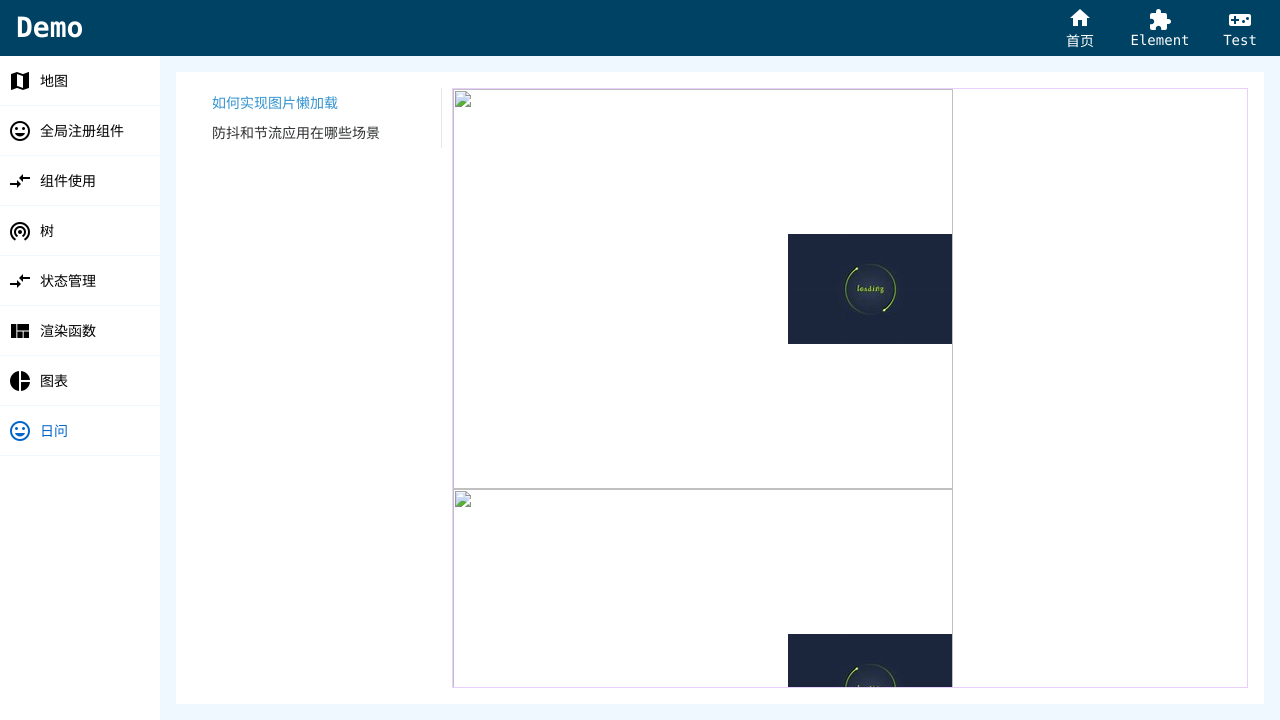
Repository: zh-webliker/element-vue
Page: /lazyLoadingInmg
An editor plug-in stored every save of this project. The page is shown before and after the next save, followed by the edit.
The browser window is 1280 px wide. The pictures show the whole page.
An inner scrolling area shows only its first screen. The project was rebuilt for these pictures with package versions that can differ from the ones it lists, and the page was loaded fresh each time. Also part of the build but not shown: vue.config.js, src/components/baseComponts/Basebutton.vue, src/components/baseComponts/Basetitle.vue. Imported but missing from the stored project, and not drawn on this page: src/json/contour, src/json/hl.

Above is the page before, as saved 2020-10-09 17:24:33.

After the next save:
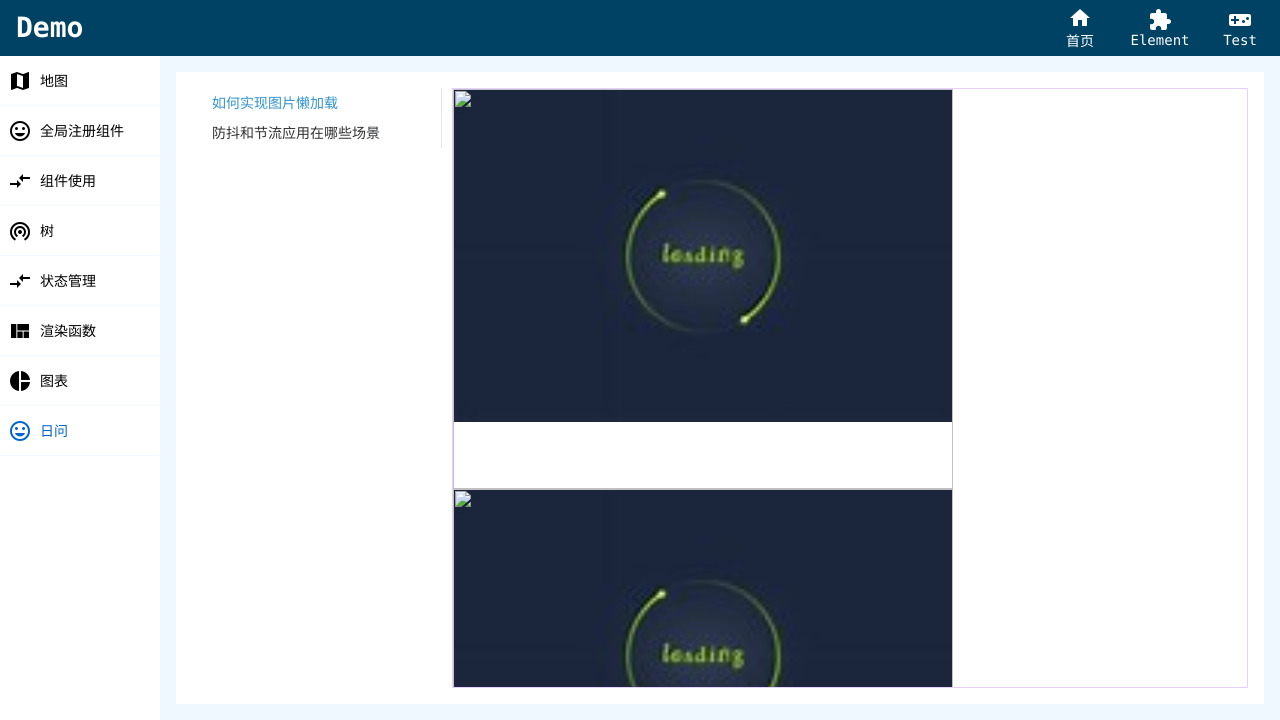
Saved 17 s later.
--- a/src/components/dailyQuestion/lazyLoadingInmg.vue
+++ b/src/components/dailyQuestion/lazyLoadingInmg.vue
@@ -56,7 +56,8 @@ export default {
   .father {
     height: 2400px;
     .lazy-image {
-      background: url('../../assets/photos/th.jpg') no-repeat 100%;
+      background: url('../../assets/photos/th.jpg') no-repeat;
+      background-size: 100%;
     }
   }
   .imgbox {
